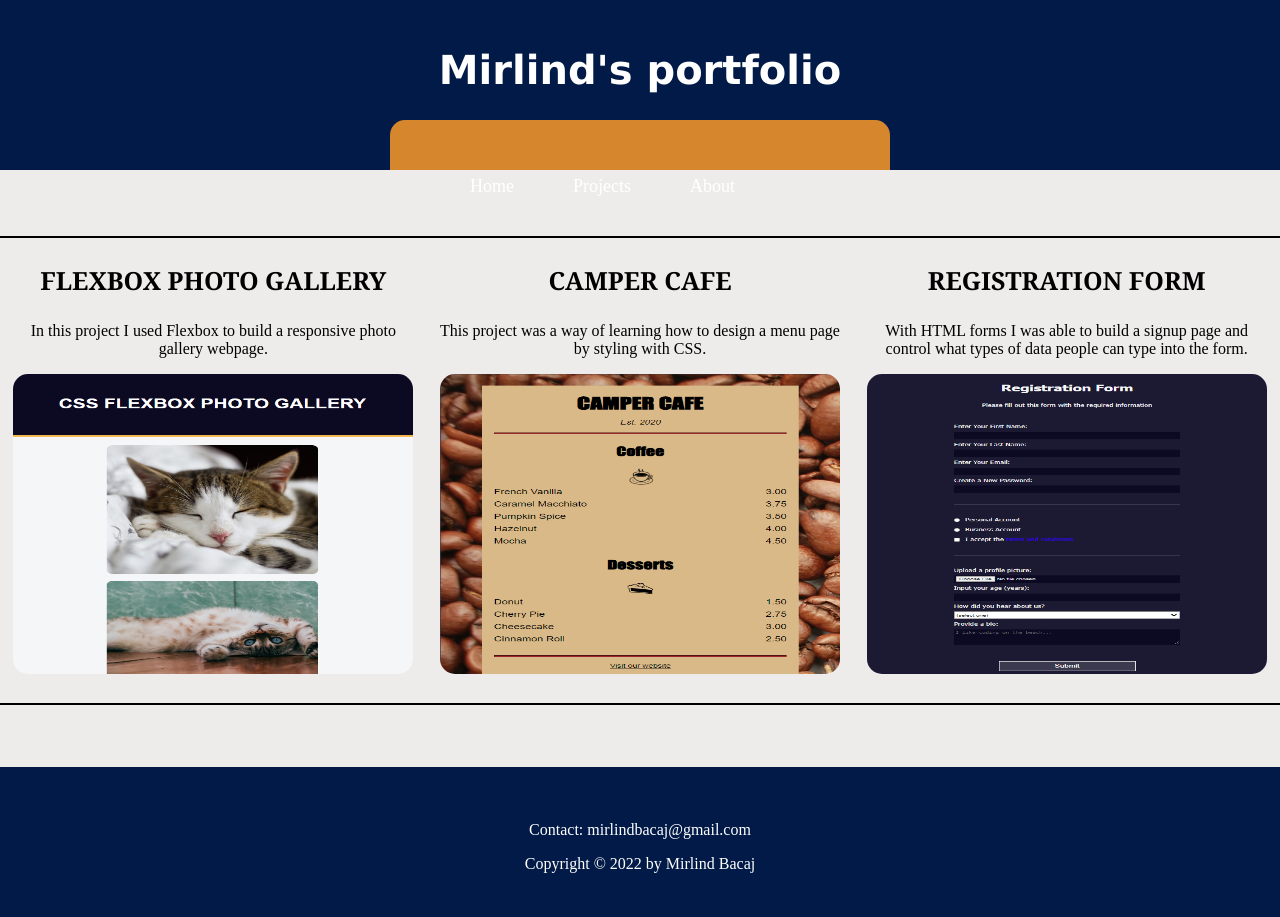
Repository: mirkbirki/mirkbirki.github.io
Page: index.html
The author's editor kept a copy of each file at every save. The page is drawn from the files as they stood at one save, then again after the next save.
The browser window is 1280 px wide. The pictures show the whole page.

Above is the page before, as saved 2022-10-21 23:55:54.

### index.html
<!DOCTYPE html>
<html lang="en">
<head>
    <meta charset="UTF-8">
    <meta http-equiv="X-UA-Compatible" content="IE=edge">
    <meta name="viewport" content="width=device-width, initial-scale=1.0">
    <title>Mirlind's portfolio</title>
    <link rel="stylesheet" href="styles.css">
</head>
<body>
    <header>
            <h1>Mirlind's portfolio</h1>
        <div class="nav"><!--TODO: Make li-text visible in box and align li-text to center of div-box-->
            <nav>
                <ul>
                    <li><a href="#">Home</a></li>
                    <li><a href="#">Projects</a></li>
                    <li><a href="#">About</a></li>
                </ul>
            </nav>
        </div>
    </header>
    <div class="container">
        <div class="proj">
            <h3 class="project">FLEXBOX PHOTO GALLERY</h3>
            <p class="p">In this project I used Flexbox to build a responsive photo gallery webpage.</p>
            <img src="css flexbox photo gallery.PNG">
        </div>
        <div class="proj">
            <h3 class="project">CAMPER CAFE</h3>
            <p class="p">This project was a way of learning how to design a menu page by styling with CSS.</p>
            <img src="camper cafe.PNG">
        </div>
        <div class="proj">
            <h3 class="project">REGISTRATION FORM</h3>
            <p class="p">With HTML forms I was able to build a signup page and control what types of data people can type into the form.</p>
            <img src="registration form.PNG">
        </div>
    </div>
    <footer>
        <div class="footer">
            <p><br><br><br>Contact: <a href=mailto: mirlindbacaj@gmail.com>mirlindbacaj@gmail.com</a></p>
            <p>Copyright © 2022 by Mirlind Bacaj</p>
        </div>
    </footer>
</body>
</html>

### styles.css
body {
    background-color: rgba(226, 220, 220, 0.562);
    margin: 0;
}

h1 {
    font-size: 40px;
    font-family:'Lucida Sans', 'Lucida Sans Regular', 'Lucida Grande', 'Lucida Sans Unicode', Geneva, Verdana, sans-serif;
    color: white;
}

header {
    text-align: center;
    padding-top: 20px;
    background-color: rgb(1, 26, 71);
}

.nav {
    background-color: rgb(214, 135, 45);
    width: 500px;
    border-radius: 15px 15px 0 0;
    margin: auto;
    height: 50px;

}

.nav ul {
    list-style-type: none;
}

.nav li {
    display: inline;
    float: left;
    padding-right: 59px;
    color: black;
}

.nav a {
    color: white;
    font-size: 18px;
    text-decoration: none;
}

.nav a:hover {
    color: rgb(0, 0, 0);
    font-size: 18px;
    text-decoration: none;
}

a:visited {
    color: white;
    font-size: 18px;
    text-decoration: none;
}

nav {
    text-align: center;
    padding: 40px;
}

.container {
    border-top: 2px solid black;
    border-bottom: 2px solid black;
    display: flex;
    margin-top: 66px;
    padding-bottom: 25px;
}

.proj {
    margin: auto;
    width: 400px;
    word-wrap:break-word;
}

.p {
    width: 100%;
    text-align: center;
}

.project {
    font-family: Georgia, 'Times New Roman', Times, serif;
    font-size: 25px;
    text-align: center;
}

img {
    height: 300px;
    width: 400px;
    border-radius: 15px;
}

.footer {
    background-color: rgb(1, 26, 71);
    margin-top: 62px;
    height: 150px;
    color: white;
    text-align: center;
}

footer a{
    color: white;
    text-decoration: 0;
}

footer a:hover {
    color: rgb(206, 118, 19);
}

footer a:visited {
    color: white;
}

After the next save:
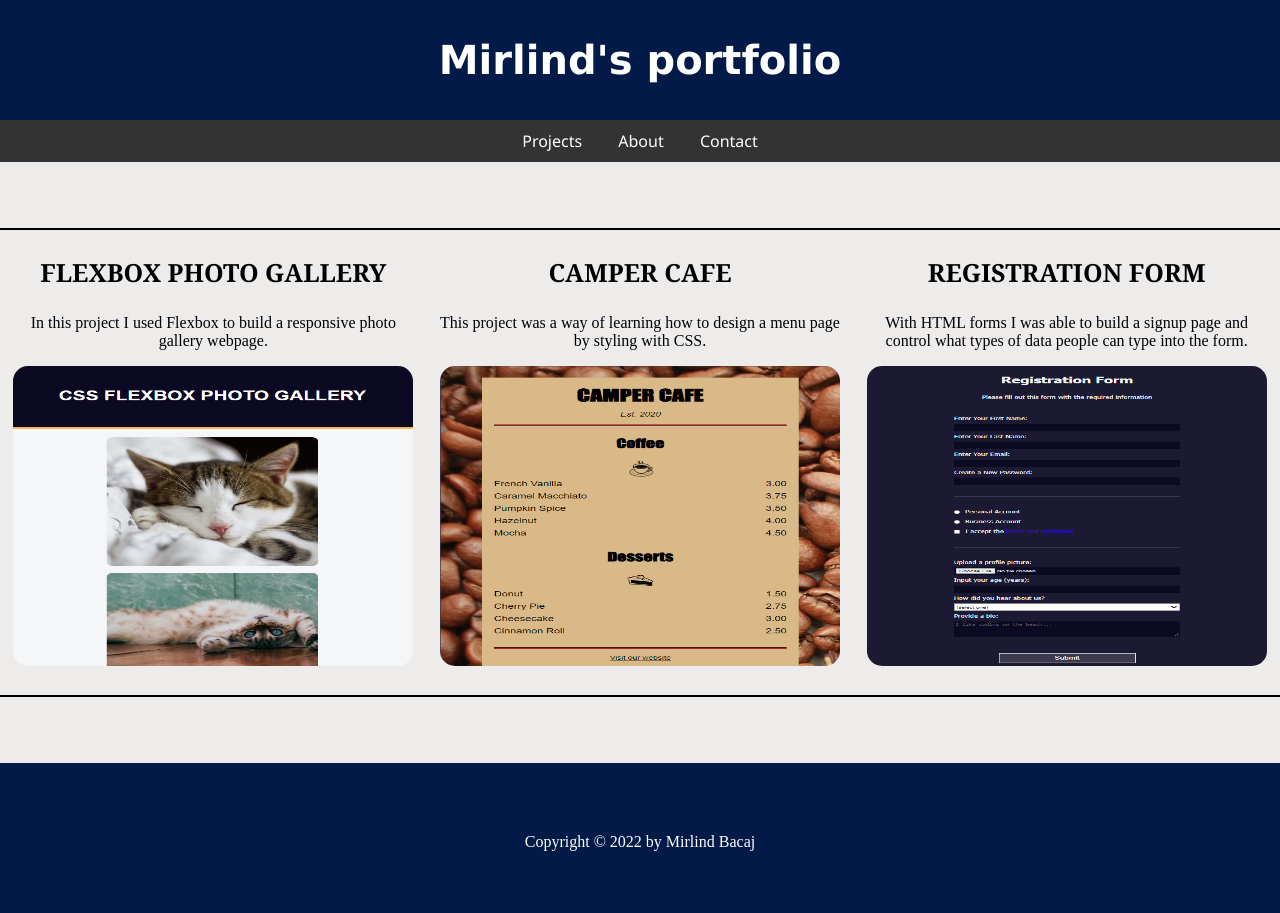
Saved 2 days later.
--- a/index.html
+++ b/index.html
@@ -9,17 +9,15 @@
 </head>
 <body>
     <header>
-            <h1>Mirlind's portfolio</h1>
-        <div class="nav"><!--TODO: Make li-text visible in box and align li-text to center of div-box-->
-            <nav>
-                <ul>
-                    <li><a href="#">Home</a></li>
-                    <li><a href="#">Projects</a></li>
-                    <li><a href="#">About</a></li>
-                </ul>
-            </nav>
-        </div>
+            <h1><a href="index.html">Mirlind's portfolio</a></h1>
     </header>
+    <nav>
+        <ul>
+            <li><a href="#home">Projects</a></li>
+            <li><a href="#news">About</a></li>
+            <li><a href="#contact">Contact</a></li>
+          </ul>
+    </nav>
     <div class="container">
         <div class="proj">
             <h3 class="project">FLEXBOX PHOTO GALLERY</h3>
@@ -39,7 +37,7 @@
     </div>
     <footer>
         <div class="footer">
-            <p><br><br><br>Contact: <a href=mailto: mirlindbacaj@gmail.com>mirlindbacaj@gmail.com</a></p>
+            <br><br><br>
             <p>Copyright © 2022 by Mirlind Bacaj</p>
         </div>
     </footer>
--- a/styles.css
+++ b/styles.css
@@ -9,53 +9,49 @@ h1 {
     color: white;
 }
 
+h1, a {
+    text-decoration: none;
+    color: white;
+}
+
 header {
     text-align: center;
-    padding-top: 20px;
+    padding: 10px;
     background-color: rgb(1, 26, 71);
 }
 
-.nav {
-    background-color: rgb(214, 135, 45);
-    width: 500px;
-    border-radius: 15px 15px 0 0;
-    margin: auto;
-    height: 50px;
-
+nav {
+    border: none;
+    border-width:1px 0;
+    list-style: none;
+    margin:0;
+    padding:0;
+    text-align: center;
+    font-family: 'Segoe UI', Tahoma, Geneva, Verdana, sans-serif;
 }
 
-.nav ul {
+ul {
     list-style-type: none;
+    margin: 0;
+    padding: 0;
+    overflow: hidden;
+    background-color: #333;
+  }
+
+li {
+    display: inline;
 }
 
-.nav li {
-    display: inline;
-    float: left;
-    padding-right: 59px;
-    color: black;
-}
-
-.nav a {
+li a {
+    display: inline-block;
     color: white;
-    font-size: 18px;
+    text-align: center;
+    padding: 10px 16px;
     text-decoration: none;
 }
 
-.nav a:hover {
-    color: rgb(0, 0, 0);
-    font-size: 18px;
-    text-decoration: none;
-}
-
-a:visited {
-    color: white;
-    font-size: 18px;
-    text-decoration: none;
-}
-
-nav {
-    text-align: center;
-    padding: 40px;
+li a:hover {
+    background-color: rgb(17, 17, 17);
 }
 
 .container {
@@ -91,7 +87,7 @@ img {
 
 .footer {
     background-color: rgb(1, 26, 71);
-    margin-top: 62px;
+    margin-top: 66px;
     height: 150px;
     color: white;
     text-align: center;
